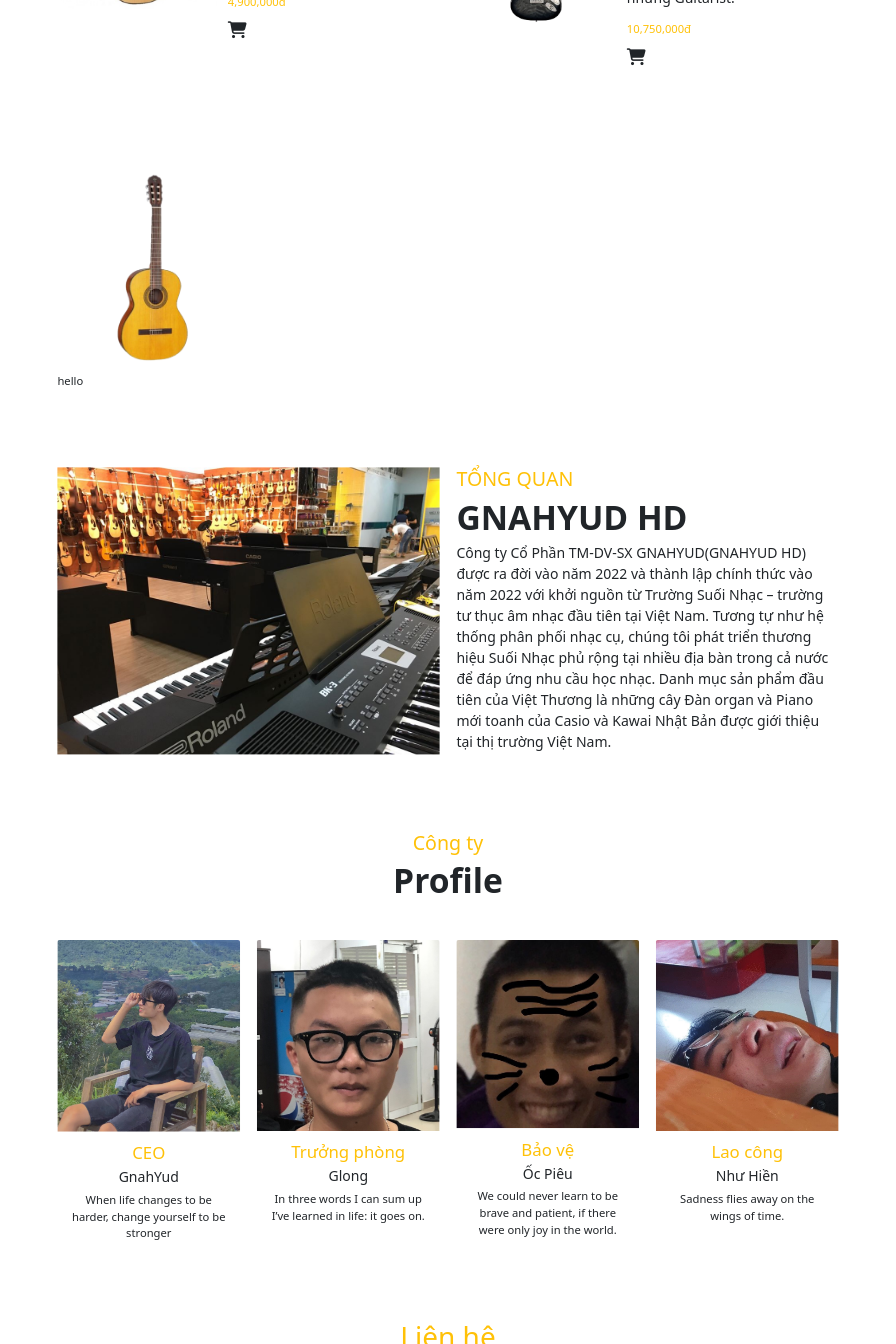
Repository: HoangDuy315/guitar
Page: index.html
The author's editor kept a copy of each file at every save. The page is drawn from the files as they stood at one save, then again after the next save.
The browser window is 1280 px wide. The pictures show the part of the page from y = 1944 to 3864 px (the page is 4866 px tall before and 4962 px after), at 70% of full size.
Some web libraries are served in a nearby version.

Above is the page before, as saved 2022-09-16 15:15:54.

### index.html
<!doctype html>
<html lang="en">
  <head>
    <meta charset="utf-8">
    <meta name="viewport" content="width=device-width, initial-scale=1">
    <link href="https://cdn.jsdelivr.net/npm/bootstrap@5.1.3/dist/css/bootstrap.min.css" rel="stylesheet" integrity="sha384-1BmE4kWBq78iYhFldvKuhfTAU6auU8tT94WrHftjDbrCEXSU1oBoqyl2QvZ6jIW3" crossorigin="anonymous">

    <title>Guitar HD</title>
    <script src="https://kit.fontawesome.com/9676e8dc1b.js" crossorigin="anonymous"></script>
    <link rel="stylesheet" href="style.css">
  </head>
  <body>

    <!-- Nav -->
    <nav class="navbar navbar-expand-lg navbar-dark fixed-top py-3" id="navbar">
        <div class="container">
          <a class="navbar-brand fs-3 text-warning" href="#">GUITAR HD</a>
          <button class="navbar-toggler" type="button" data-bs-toggle="collapse" data-bs-target="#navbarSupportedContent" aria-controls="navbarSupportedContent" aria-expanded="false" aria-label="Toggle navigation">
            <span class="navbar-toggler-icon"></span>
          </button>
          <div class="collapse navbar-collapse" id="navbarSupportedContent">
            <ul class="navbar-nav me-auto mb-2 mb-lg-0 fs-5">
              <li class="nav-item">
                <a class="nav-link" href="#">Giới thiệu</a>
              </li>
              <li class="nav-item">
                <a class="nav-link" href="#">Tin tức</a>
              </li>
              <li class="nav-item dropdown">
                <a class="nav-link dropdown-toggle" href="#" id="navbarDropdown" role="button" data-bs-toggle="dropdown" aria-expanded="false">
                  Sản phẩm
                </a>
                <ul class="dropdown-menu" aria-labelledby="navbarDropdown">
                  <li><a class="dropdown-item" href="#">Guitar Clasic</a></li>
                  <li><a class="dropdown-item" href="#">Guitar Accoutic</a></li>
                  <li><a class="dropdown-item" href="#">Electronic Guitar</a></li>
                  <li><hr class="dropdown-divider"></li>
                  <li><a class="dropdown-item" href="#">Phụ kiện Guitar</a></li>
                </ul>
              </li>
              <li class="nav-item">
                <a class="nav-link" href="#">Liên hệ</a>
              </li>
            </ul>
            <a class="navbar-brand fw-bold  fs-3 text-warning" href="#"></a>
            <button class="btn  btn-outline-warning px-9 rounded-pill ms-auto">Login</button>
            <button class="btn  btn-outline-warning px-9 rounded-pill ms-3">Sign up</button>
          </div>
        </div>
      </nav>

    <!-- HomePage -->
    <section id="home" class="d-flex">
        <div class="container d-flex align-items-center">
            <div class="row justify-content-center">
                <div class="col-md-6">
                    <h1 class="display-1 fw-bolder text-white text-center">
                        BRINGING MUSIC TO<span class="text-warning"> EVERYONE</span>
                    </h1>
                </div>
            </div>
        </div>
    </section>

    <!-- Menu -->
    <section id="menu">
        <div class="container my-5 py-5">
            <div class="row mb-5">
                <div class="col-12 text-center">
                    <h3 class="text-warning">SẢN PHẨM</h3>
                    <h2 class="display-5 fw-bold">BEST SELLER</h2>
                </div>
            </div>
            <!-- 1 -->
            <div class="row">
                <div class="col-md-6">
                    <div class="card mb-3 border-0">
                        <div class="row g-0">
                          <div class="col-md-5 d-flex align-items-center">
                            <img src="./assets/ac1.png" class="img-fluid" alt="...">
                          </div>
                          <div class="col-md-7">
                            <div class="card-body">
                              <h5 class="card-title fs-3 fw-bold">FENDER FSR V3 CD60 MAH WN</h5>
                              <p class="card-text lead mb-2">CD-60 là một trong những mô hình phổ biến nhất của Fender và lý tưởng cho những người chơi đang tìm kiếm một cây đàn dáng dreadnought chất lượng cao giá cả phải.</p>
                              <p class="lead fw-bold fs-4 text-warning">
                                <p class="text-warning">4,900,000đ</p>
                                <i class="fa-solid fa-cart-shopping fs-4"></i>
                              </p>
                            </div>
                          </div>
                        </div>
                      </div>
                </div>
                <!-- 2 -->
                <div class="col-md-6">
                    <div class="card mb-3 border-0">
                        <div class="row g-0">
                          <div class="col-md-5 d-flex align-items-center">
                            <img src="./assets/ac4.png" class="img-fluid" alt="...">
                          </div>
                          <div class="col-md-7">
                            <div class="card-body">
                              <h5 class="card-title fs-3 fw-bold">TAKAMINE GD10CE</h5>
                              <p class="card-text lead mb-2">Dáng đàn dreadnought cho âm thanh dày, mạnh mẽ Mặt trước gỗ Spruce kết hợp mặt sau và hông mahogany Cần đàn mỏng gỗ mahogany và bán kính 12” Mặt phím gỗ và ngựa đàn Pin-less gỗ ovangkol.</p>
                              <p class="lead fw-bold fs-4 text-warning">
                                <p class="text-warning">6,690,000đ</p>
                                <i class="fa-solid fa-cart-shopping fs-4"></i>
                              </p>
                            </div>
                          </div>
                        </div>
                      </div>
                </div>
                <!-- 3 -->
                <div class="col-md-6">
                    <div class="card mb-3 border-0">
                        <div class="row g-0">
                          <div class="col-md-5 d-flex align-items-center">
                            <img src="./assets/cl6.png" class="img-fluid" alt="...">
                          </div>
                          <div class="col-md-7">
                            <div class="card-body">
                              <h5 class="card-title fs-3 fw-bold">CORDOBA C3M</h5>
                              <p class="card-text lead mb-2">Cordoba C3M là một trong những cây guitar dây nylon phổ biến của Cordoba. Được thiết kế với trọng lượng nhẹ và thoải mái để chơi.Thiết kế fan bracing mang lại âm sắc đẹp, mềm mại và cân bằng.</p>
                              <p class="lead fw-bold fs-4 text-warning">
                                <p class="text-warning">6,150,000đ</p>
                                <i class="fa-solid fa-cart-shopping fs-4"></i>
                              </p>
                            </div>
                          </div>
                        </div>
                      </div>
                </div>
                <!-- 4 -->
                <div class="col-md-6">
                    <div class="card mb-3 border-0">
                        <div class="row g-0">
                          <div class="col-md-5 d-flex align-items-center">
                            <img src="./assets/e2.png" class="img-fluid" alt="...">
                          </div>
                          <div class="col-md-7">
                            <div class="card-body">
                              <h5 class="card-title fs-4 fw-bold">FENDER SQUIER FSR AFF STRAT HSS LRL MBPG OWT</h5>
                              <p class="card-text lead mb-2">Là một con đường tuyệt vời để tiến đại vào gia đình Fender® lâu đời, Squier® Affinity Series ™ Stratocaster® QMT mang đến thiết kế huyền thoại GNAHYUD!.</p>
                              <p class="lead fw-bold fs-4 text-warning">
                                <p class="text-warning">9,320,000đ</p>
                                <i class="fa-solid fa-cart-shopping fs-4"></i>
                              </p>
                            </div>
                          </div>
                        </div>
                      </div>
                </div>
                <!-- 5 -->
                <div class="col-md-6">
                    <div class="card mb-3 border-0">
                        <div class="row g-0">
                          <div class="col-md-5 d-flex align-items-center">
                            <img src="./assets/cl7.png" class="img-fluid" alt="...">
                          </div>
                          <div class="col-md-7">
                            <div class="card-body">
                              <h5 class="card-title fs-3 fw-bold">TAKAMINE TH90</h5>
                              <p class="card-text lead mb-2">Takamine TH90 là cây đàn Classic được chế tác tinh tế với hệ thống Preamp Cool Tube CTP-3 mang đến âm thanh hoàn hảo cho người nghe Mặt trước.Đây là 1 dòng đàn cao cấp dùng gỗ Solid Spruce.</p>
                              <p class="lead fw-bold fs-4 text-warning">
                                <p class="text-warning">4,900,000đ</p>
                                <i class="fa-solid fa-cart-shopping fs-4"></i>
                              </p>
                            </div>
                          </div>
                        </div>
                      </div>
                </div>
                <!-- 6 -->
                <div class="col-md-6">
                    <div class="card mb-3 border-0">
                        <div class="row g-0">
                          <div class="col-md-5 d-flex align-items-center">
                            <img src="./assets/e1.png" class="img-fluid" alt="...">
                          </div>
                          <div class="col-md-7">
                            <div class="card-body">
                              <h5 class="card-title fs-5 fw-bold">FENDER SQUIER FSR AF STRAT QMT LRL WPPG BBST 0378034539</h5>
                              <p class="card-text lead mb-2">Là một con đường tuyệt vời để tiến đại vào gia đình Fender® lâu đời, Squier® Affinity Series ™ Stratocaster® QMT mang đến thiết kế huyền thoại và giai điệu tinh túy cho những Guitarist.</p>
                              <p class="lead fw-bold fs-4 text-warning">
                                <p class="text-warning">10,750,000đ</p>
                                <i class="fa-solid fa-cart-shopping fs-4"></i>
                              </p>
                            </div>
                          </div>
                        </div>
                      </div>
                </div>
            </div>
        </div>
    </section>

     <!-- Carousel -->
     <section id="carousel">
      <div class="container">
        <div class="row justify-content-center">
          <div id="carouselExampleControlsNoTouching" class="carousel slide" data-bs-touch="false">
            <div class="carousel-inner align-items-center">
              <div class="carousel-item active">
                <img src="./assets/cl4.png" class="d-block w-25 h-25" alt="...">
                <p class="">hello</p>
              </div>
              <div class="carousel-item">
                <img src="./assets/ac4.png" class="d-block w-25 h-25" alt="...">
              </div>
              <div class="carousel-item">
                <img src="./assets//e3.png" class="d-block w-25 h-25" alt="...">
              </div>
            </div>
            <button class="carousel-control-prev" type="button" data-bs-target="#carouselExampleControlsNoTouching" data-bs-slide="prev">
              <span class="carousel-control-prev-icon" aria-hidden="true"></span>
              <span class="visually-hidden ">Previous</span>
            </button>
            <button class="carousel-control-next" type="button" data-bs-target="#carouselExampleControlsNoTouching" data-bs-slide="next">
              <span class="carousel-control-next-icon" aria-hidden="true"></span>
              <span class="visually-hidden">Next</span>
            </button>
          </div>
        </div>
      </div>
    </section>

    <!-- About -->
    <section id="about">
        <div class="container my-5 py-5">
            <div class="row">
                <div class="col-md-6">
                    <img src="./assets/about3.png" alt="Hang Heo" class="w-100 h-80">
                </div>
                <div class="col-md-6">
                    <h3 class="text-warning">TỔNG QUAN</h3>
                    <h2 class="display-5 fw-bold">GNAHYUD HD</h2>
                    <p class="lead">Công ty Cổ Phần TM-DV-SX GNAHYUD(GNAHYUD HD) được ra đời vào năm 2022 và thành lập chính thức vào năm 2022 với khởi nguồn từ Trường Suối Nhạc – trường tư thục âm nhạc đầu tiên tại Việt Nam.
                         Tương tự như hệ thống phân phối nhạc cụ, chúng tôi phát triển thương hiệu Suối Nhạc phủ rộng tại nhiều địa bàn trong cả nước để đáp ứng nhu cầu học nhạc. Danh mục sản phẩm đầu tiên của Việt Thương là những cây Đàn organ và Piano mới toanh của Casio và Kawai Nhật Bản được giới thiệu tại thị trường Việt Nam. </p>
                </div>
            </div>
        </div>
    </section>

    <!-- Designer -->
    <section id="designer">
        <div class="container">
            <div class="row mb-5    ">
                <div class="col-12 text-center">
                    <h3 class="text-warning">Công ty</h3>
                    <h2 class="display-5 fw-bold">Profile</h2>
                </div>
            </div>
            <div class="row">
                <!-- 1 -->
                <div class="col-md-3">
                    <div class="card border-0">
                        <img src="./assets/ceo.png" class="card-img-top" alt="...">
                        <div class="card-body text-center">
                          <h4 class="card-title text-warning">CEO</h5>
                          <h6 class="card-title lead">GnahYud</h5>
                          <p class="card-text">When life changes to be harder, change yourself to be stronger</p>
                        </div>
                      </div>
                </div>

                <!-- 2 -->
                <div class="col-md-3">
                    <div class="card border-0">
                        <img src="./assets/trưởng phòng.png" class="card-img-top" alt="...">
                        <div class="card-body text-center">
                          <h4 class="card-title text-warning">Trưởng phòng</h5>
                          <h6 class="card-title lead">Glong</h5>
                          <p class="card-text">In three words I can sum up I’ve learned in life: it goes on.</p>
                        </div>
                      </div>
                </div>

                <!-- 3 -->
                <div class="col-md-3">
                    <div class="card border-0">
                        <img src="./assets/bảo vệ.png" class="card-img-top h-100" alt="...">
                        <div class="card-body text-center">
                          <h4 class="card-title text-warning">Bảo vệ</h4></h5>
                          <h6 class="card-title lead">Ốc Piêu</h5>
                          <p class="card-text">We could never learn to be brave and patient, if there were only joy in the world.</p>
                        </div>
                      </div>
                </div>

                <!-- 4 -->
                <div class="col-md-3">
                    <div class="card border-0">
                        <img src="./assets/lao công.png" class="card-img-top" alt="...">
                        <div class="card-body text-center">
                          <h4 class="card-title text-warning">Lao công</h5>
                          <h6 class="card-title lead">Như Hiền</h5>
                          <p class="card-text">Sadness flies away on the wings of time.</p>
                        </div>
                      </div>
                </div>
            </div>
        </div>
    </section>

    <!-- Contact -->
    <section id="contact">
        <div class="container my-5 py-5">
            <div class="row mb-5">
                <div class="col-12 text-center">
                    <h3 class="text-warning fs-1">Liên hệ</h3>
                    <h2 class="display-7 fw-bold">Chúng tôi sẽ giúp bạn tìm đúng giải pháp cho đam mê của bạn.</h2>
                </div>
            </div>
            <div class="row justify-content-center">
                <div class="col-md-6">
                    <form action="">
                        <div class="mb-3">
                            <input type="text" class="form-control py-2" id="name" placeholder="Họ Và Tên">
                        </div>
                        <div class="mb-3">
                            <input type="text" class="form-control py-2" id="name" placeholder="Title">
                        </div>
                        <div class="mb-3">
                            <input type="email" class="form-control py-2" id="exampleFormControlInput1" placeholder="Email">
                        </div>
                        <div class="mb-3">
                            <textarea class="form-control" id="exampleFormControlTextarea1" placeholder="Nội dung" rows="3"></textarea>
                        </div>
                        <button class="button-32" role="button">Send</button>
                    </form>
                </div>
            </div>
        </div>
    </section>

    <!-- Footer -->
    <footer class="text-center text-lg-start bg-dark text-muted">
      <!-- Section: Social media -->
      <section class="d-flex justify-content-center justify-content-lg-between p-4 border-bottom">
        <!-- Left -->
        <div class="me-5 d-none d-lg-block">
          <span class="text-white fs-5">Social</span>
        </div>
        <!-- Left -->

        <!-- Right -->
        <div>
          <a href="" class="me-4 link-secondary">
            <i class="fab fa-facebook-f"></i>
          </a>
          <a href="" class="me-4 link-secondary">
            <i class="fab fa-twitter"></i>
          </a>
          <a href="" class="me-4 link-secondary">
            <i class="fab fa-google"></i>
          </a>
          <a href="" class="me-4 link-secondary">
            <i class="fab fa-instagram"></i>
          </a>
          <a href="" class="me-4 link-secondary">
            <i class="fab fa-linkedin"></i>
          </a>
          <a href="" class="me-4 link-secondary">
            <i class="fab fa-github"></i>
          </a>
        </div>
        <!-- Right -->
      </section>
      <!-- Section: Social media -->

      <!-- Section: Links  -->
      <section class="">
        <div class="container text-center text-md-start mt-5">
          <!-- Grid row -->
          <div class="row mt-3">
            <!-- Grid column -->
            <div class="col-md-3 col-lg-4 col-xl-3 mx-auto mb-4">
              <!-- Content -->
              <h6 class="text-uppercase fw-bold mb-4">
                <i class="fas fa-gem me-3 text-secondary"></i>GNAHYUD HD
              </h6>
              <p>
                <a href="#!" class="text-white">Giới thiệu công ty</a>
              </p>
              <p>
                <a href="#!" class="text-white">Hệ thống Showroom, đại lý</a>
              </p>
              <p>
                <a href="#!" class="text-white">Liên hệ/góp ý</a>
              </p>
              <p>
                <a href="#!" class="text-white">Mua trả góp</a>
              </p>
            </div>
            <!-- Grid column -->

            <!-- Grid column -->
            <div class="col-md-2 col-lg-2 col-xl-2 mx-auto mb-4">
              <!-- Links -->
              <h6 class="text-uppercase fw-bold mb-4">
                Hướng dẫn chung
              </h6>
              <p>
                <a href="#!" class="text-white">Giao hàng-đổi trả</a>
              </p>
              <p>
                <a href="#!" class="text-white">Hướng dẫn mua hàng</a>
              </p>
              <p>
                <a href="#!" class="text-white">Thanh toán và bảo mật</a>
              </p>
              <p>
                <a href="#!" class="text-white">Bảo hành Guitar</a>
              </p>
            </div>
            <!-- Grid column -->

            <!-- Grid column -->
            <div class="col-md-3 col-lg-2 col-xl-2 mx-auto mb-4">
              <!-- Links -->
              <h6 class="text-uppercase fw-bold mb-4">
                Hỗ trợ khách hàng
              </h6>
              <p>
                <a href="#!" class="text-white">Gọi mua hàng </a>
              </p>
              <p>
                <a href="#!" class="text-white">Thời gian phục vụ: 8h-22h</a>
              </p>
              <p>
                <a href="#!" class="text-white">Hotline: 1234 6789 </a>
              </p>
            </div>
            <!-- Grid column -->

            <!-- Grid column -->
            <div class="col-md-4 col-lg-3 col-xl-3 mx-auto mb-md-0 mb-4">
              <!-- Links -->
              <h6 class="text-uppercase fw-bold mb-4">Địa chỉ</h6>
              <p><i class="fas fa-home me-3 text-secondary"></i>607 XVNT, P.26, Q.BT, TP.HCM</p>
              <p>
                <i class="fas fa-envelope me-3 text-secondary"></i>
                info@example.com
              </p>
              <p><i class="fas fa-phone me-3 text-secondary"></i> + 01 234 567 88</p>
              <p><i class="fas fa-print me-3 text-secondary"></i> + 01 234 567 89</p>
            </div>
            <!-- Grid column -->
          </div>
          <!-- Grid row -->
        </div>
      </section>
      <!-- Section: Links  -->

      <!-- Copyright -->
      <div class="text-center p-4" style="background-color: rgba(0, 0, 0, 0.025);">
        © 2021 Copyright:
        <a class="text-reset fw-bold" href="https://mdbootstrap.com/">MDBootstrap.com</a>
      </div>
      <!-- Copyright -->
    </footer>

    <script src="https://cdn.jsdelivr.net/npm/bootstrap@5.1.3/dist/js/bootstrap.bundle.min.js" integrity="sha384-ka7Sk0Gln4gmtz2MlQnikT1wXgYsOg+OMhuP+IlRH9sENBO0LRn5q+8nbTov4+1p" crossorigin="anonymous"></script>
    <script>
        window.onscroll = function(){
            scrollFunction();
        }

        function scrollFunction() {
            if(document.body.scrollTop > 100 || document.documentElement.scrollTop > 100) {
                document.getElementById("navbar").classList.add("bg-dark", "shadow");
            }
            else{
                document.getElementById("navbar").classList.remove("bg-dark", "shadow");
            }
        }
    </script>
</body>
</html>

Loaded but not shown: style.css (42 lines, source omitted)

After the next save:
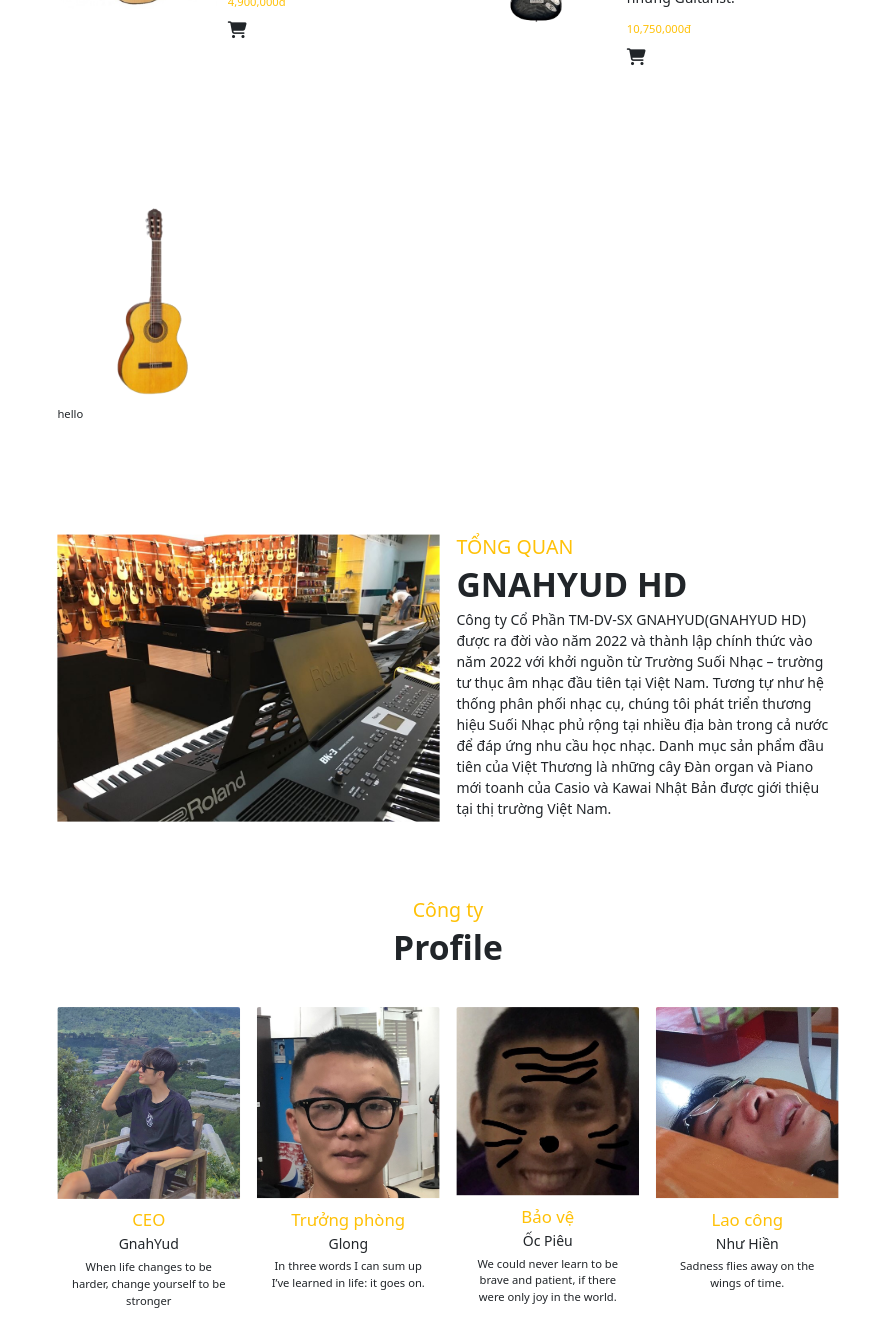
Saved 22 s later.
--- a/index.html
+++ b/index.html
@@ -198,10 +198,10 @@
 
      <!-- Carousel -->
      <section id="carousel">
-      <div class="container">
+      <div class="container my-5 py-5">
         <div class="row justify-content-center">
           <div id="carouselExampleControlsNoTouching" class="carousel slide" data-bs-touch="false">
-            <div class="carousel-inner align-items-center">
+            <div class="carousel-inner">
               <div class="carousel-item active">
                 <img src="./assets/cl4.png" class="d-block w-25 h-25" alt="...">
                 <p class="">hello</p>
